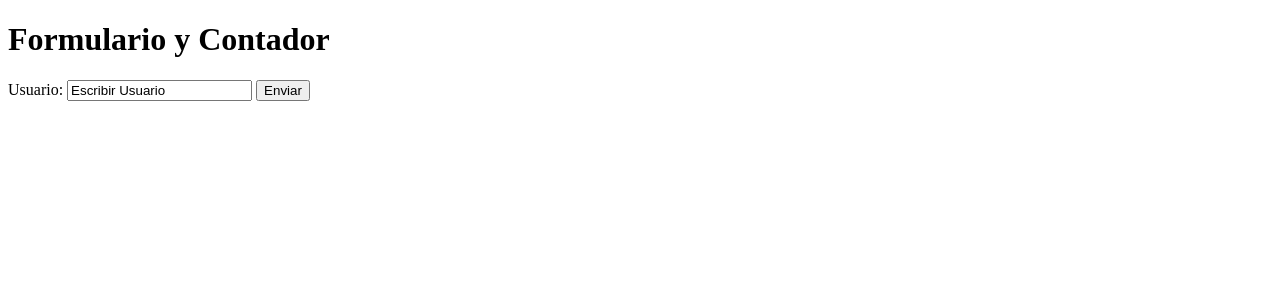
Repository: satfail/J2EE_DAD2_Workspace
Page: DADII_Tarea1/WebContent/index.html
An editor plug-in stored every save of this project. The page is shown before and after the next save, followed by the edit.
The browser window is 1280 px wide. The pictures show the whole page.

Above is the page before, as saved 2020-02-13 10:01:50.

### DADII_Tarea1/WebContent/index.html
<!DOCTYPE html>
<html>
	<head>
		<script type = "text/javascript" src ="funciones.js"></script>
		<meta charset="ISO-8859-1">
		<title>Formulario y Contador</title>
	</head>
	<body>
		<h1>Formulario y Contador</h1>
		<form name = "form1" action = "/DADII_Tarea1/Servlet" method = "post"
		onSubmit ="return validarForma(this)">
			Usuario:
			<input type = "text" name= "usuario"
						value = "Escribir Usuario" onfocus = this.select()/>
			<input type = "submit" value ="Enviar">
		</form>
		</body>
</html>

### DADII_Tarea1/WebContent/funciones.js

function validarForma(forma){
	var usuario = forma.usuario;
	if(usuario.value == "" || usuario.value == "Escribir Usuario"){
		alert("Debe proporcionar un nombre de Usuario");
		usuario.focus();
		usuario.select();
		return false;
	}
	alert("Formulario valido, enviando datos al servidor");
	return true;
}

After the next save:
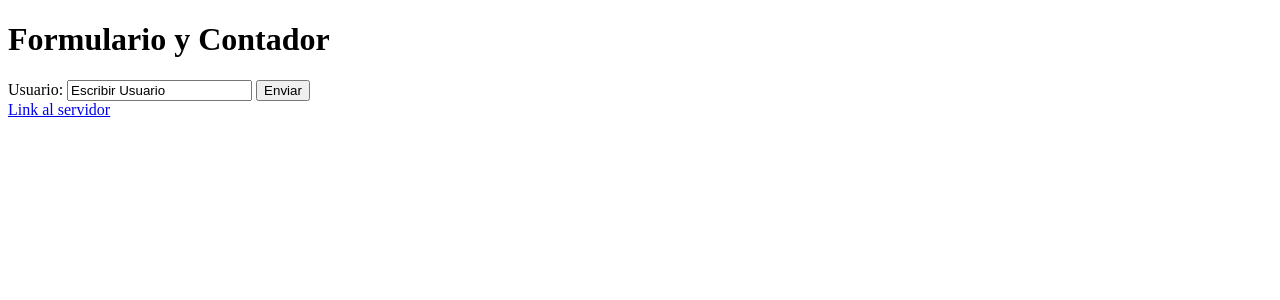
Saved 3 min 14 s later.
--- a/DADII_Tarea1/WebContent/index.html
+++ b/DADII_Tarea1/WebContent/index.html
@@ -14,5 +14,6 @@
 						value = "Escribir Usuario" onfocus = this.select()/>
 			<input type = "submit" value ="Enviar">
 		</form>
+		<a href = "/ManejoCabeceras/ServletHeaders" method = "get">Link al servidor</a>
 		</body>
 </html>
